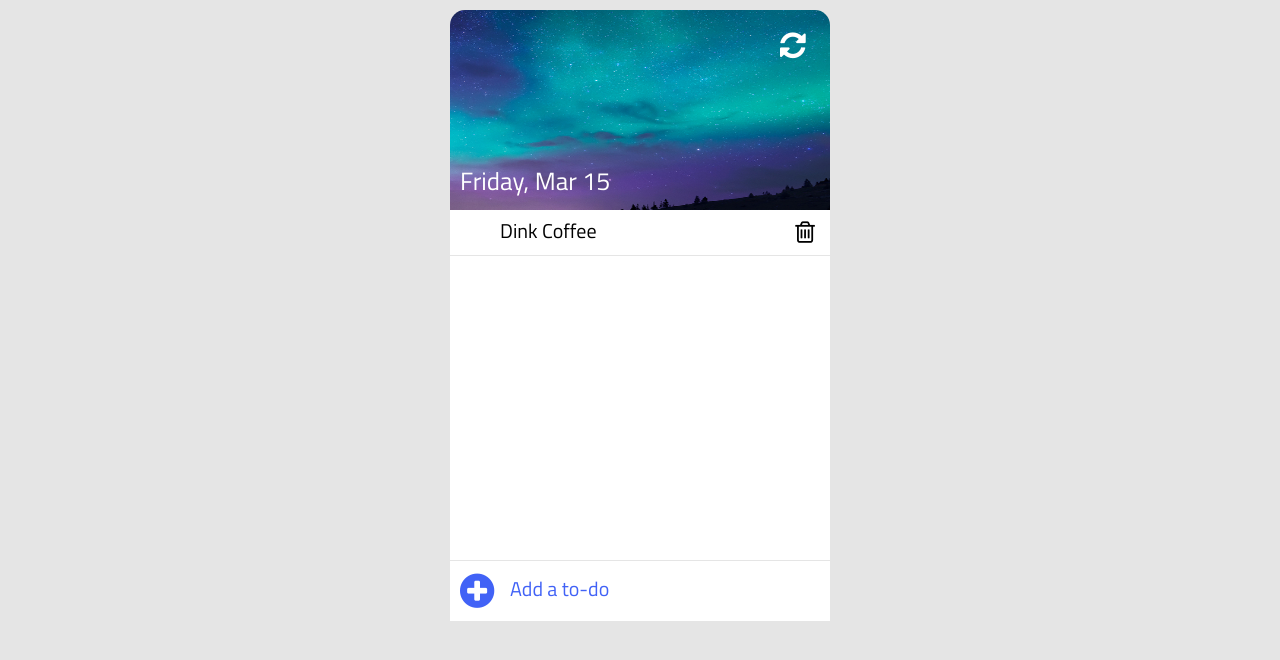
Repository: Khalidwebmail/to-do-list
Page: index.html
These files come from the project's save history. The page is drawn as it stood at one moment and after the next save; the edit follows.
The browser window is 1280 px wide. The pictures show the whole page.

Above is the page before, as saved 2020-01-21 20:37:36.

### index.html
<!-- CODE EXPLAINED CHANNEL -->
<!DOCTYPE html>
<html lang="en">
<head>
    <meta charset="UTF-8">
    <title>JavaScript - To Do List</title>
    <link rel="stylesheet" href="https://fonts.googleapis.com/css?family=Titillium+Web">
    <link rel="stylesheet" href="css/font-awesome.css">
    <link rel="stylesheet" href="css/style.css">
</head>
<body>
    <div class="container">
        <div class="header">
            <div class="clear">
                <i class="fa fa-refresh"></i>
            </div>
            <div id="date"></div>
        </div>
        <div class="content">
            <ul id="list">
               <!--
                <li class="item">
                    <i class="fa fa-circle-thin co" job="complete" id="0"></i>
                    <p class="text">Drink Coffee</p>
                    <i class="fa fa-trash-o de" job="delete" id="0"></i>
                </li> -->
            </ul>
        </div>
        <div class="add-to-do">
            <i class="fa fa-plus-circle"></i>
            <input type="text" id="input" placeholder="Add a to-do">
        </div>
    </div>
    <script src="js/app.js"></script>
</body>
</html>

### css/style.css
/* ------------ youtube.com/CodeExplained ------------ */
body{
    padding: 0;
    margin: 0;
    background-color: rgba(0,0,0,0.1);
    font-family: 'Titillium Web', sans-serif;
}

/* ------------ container ------------ */
.container{
    padding:10px;
    width:380px;
    margin:0 auto;
}

/* ------------ header ------------ */
.header{
    width: 380px;
    height:200px;
    background-image: url('../img/bg2.jpg');
    background-size: 100% 200%;
    background-repeat: no-repeat;
    border-radius: 15px 15px 0 0;
    position: relative;
}
.clear{
    width : 30px;
    height: 30px;
    position: absolute;
    right:20px;
    top: 20px;
}
.clear i{
    font-size: 30px;
    color: #FFF;
}
.clear i:hover{
    cursor: pointer;
    text-shadow: 1px 3px 5px #000;
    transform: rotate(45deg);
}
#date{
    position: absolute;
    bottom: 10px;
    left: 10px;
    color: #FFF;
    font-size: 25px;
    font-family: 'Titillium Web', sans-serif;
}

/* ------------ content ------------ */
.content{
    width:380px;
    height: 350px;
    max-height:350px;
    background-color: #FFF;
    overflow: auto;
}
.content::-webkit-scrollbar {
    display: none;
}
.content ul{
    padding:0;
    margin:0;
}
.item{
    width:380px;
    height: 45px;
    min-height: 45px;
    position: relative;
    border-bottom: 1px solid rgba(0,0,0,0.1);
    list-style: none;
    padding: 0;
    margin: 0;
}
.item i.co{
    position: absolute;
    font-size: 25px;
    padding-left:5px;
    left:15px;
    top:10px;
}
.item i.co:hover{
    cursor: pointer;
}
.fa-check-circle{
    color:#6eb200;
}
.item p.text{
    position: absolute;
    padding:0;
    margin:0;
    font-size: 20px;
    left:50px;
    top:5px;
    background-color: #FFF;
    max-width:285px;
}
.lineThrough{
    text-decoration: line-through;
    color : #ccc;
}
.item i.de{
    position: absolute;
    font-size: 25px;
    right:15px;
    top:10px;
}
.item i.de:hover{
    color:#af0000;
    cursor: pointer;
}
/* ------------ add item ------------ */
.add-to-do{
    position: relative;
    width: 360px;
    height:40px;
    background-color: #FFF;
    padding: 10px;
    border-top: 1px solid rgba(0,0,0,0.1);
}
.add-to-do i{
    position: absolute;
    font-size: 40px;
    color: #4162f6;
}

.add-to-do input{
    position: absolute;
    left: 50px;
    height: 35px;
    width: 310px;
    background-color: transparent;
    border: none;
    font-size: 20px;
    padding-left:10px;
}
.add-to-do input::-webkit-input-placeholder { /* Chrome/Opera/Safari */
    color: #4162f6;
    font-family: 'Titillium Web', sans-serif;
    font-size: 20px;
}
.add-to-do input::-moz-placeholder { /* Firefox 19+ */
    color: #4162f6;
    font-family: 'Titillium Web', sans-serif;
    font-size: 20px;
}
.add-to-do input:-ms-input-placeholder { /* IE 10+ */
    color: #4162f6;
    font-family: 'Titillium Web', sans-serif;
    font-size: 20px;
}
.add-to-do input:-moz-placeholder { /* Firefox 18- */
    color: #4162f6;
    font-family: 'Titillium Web', sans-serif;
    font-size: 20px;
}

### js/app.js
/**
 * Select element
 */

 const clear = document.getElementById("clear");
 const dateElement = document.getElementById("date");
 const list = document.getElementById("list");
 const input = document.getElementById("input");

 /**
  * Class name
  */
 const CHECK = "fa-check-circle";
 const UNCHECK = "fa-check-thin";
 const LINE_THROUGH = "lineThrough";

 /**
  * Show todays date
  */
 const options = {weekday : "long", month : "short", day : "numeric"};
 const today = new Date();

 dateElement.innerHTML = today.toLocaleDateString("en-US", options);

 /**
  * add to do function
  */

 function addToDo(toDo, id, done, trash){

    if(trash){ return; }

    const DONE = done ? CHECK : UNCHECK;
    const LINE = done ? LINE_THROUGH : "";

    const item = `<li class="item">
                    <i class="fa ${DONE} co" job="complete" id="${id}"></i>
                    <p class="text ${LINE}">${toDo}</p>
                    <i class="fa fa-trash-o de" job="delete" id="${id}"></i>
                  </li>
                `;

        const position = "beforeend";

        list.insertAdjacentHTML(position, item);
    }
  addToDo("Dink Coffee")

Loaded but not shown: css/font-awesome.css (library)

After the next save:
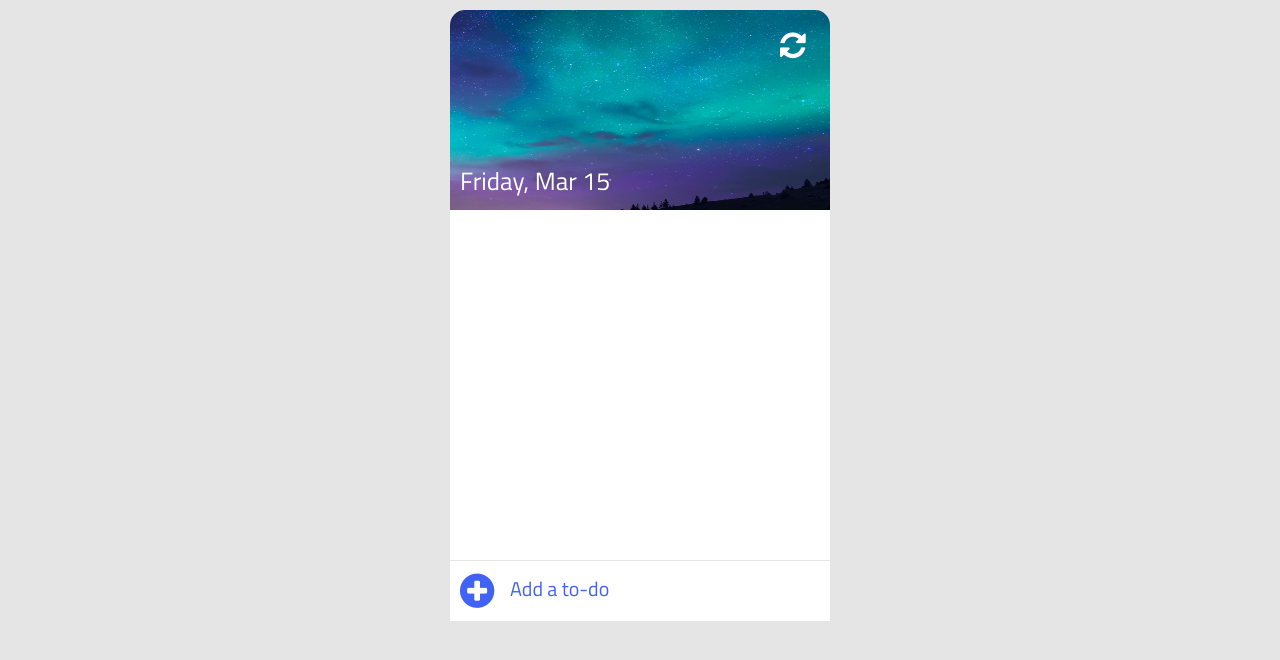
Console error: ReferenceError: DONE is not defined
Saved 12 s later.
--- a/js/app.js
+++ b/js/app.js
@@ -26,12 +26,7 @@
   * add to do function
   */
 
- function addToDo(toDo, id, done, trash){
-
-    if(trash){ return; }
-
-    const DONE = done ? CHECK : UNCHECK;
-    const LINE = done ? LINE_THROUGH : "";
+ function addToDo(toDo){
 
     const item = `<li class="item">
                     <i class="fa ${DONE} co" job="complete" id="${id}"></i>

After the 5 saves that followed:
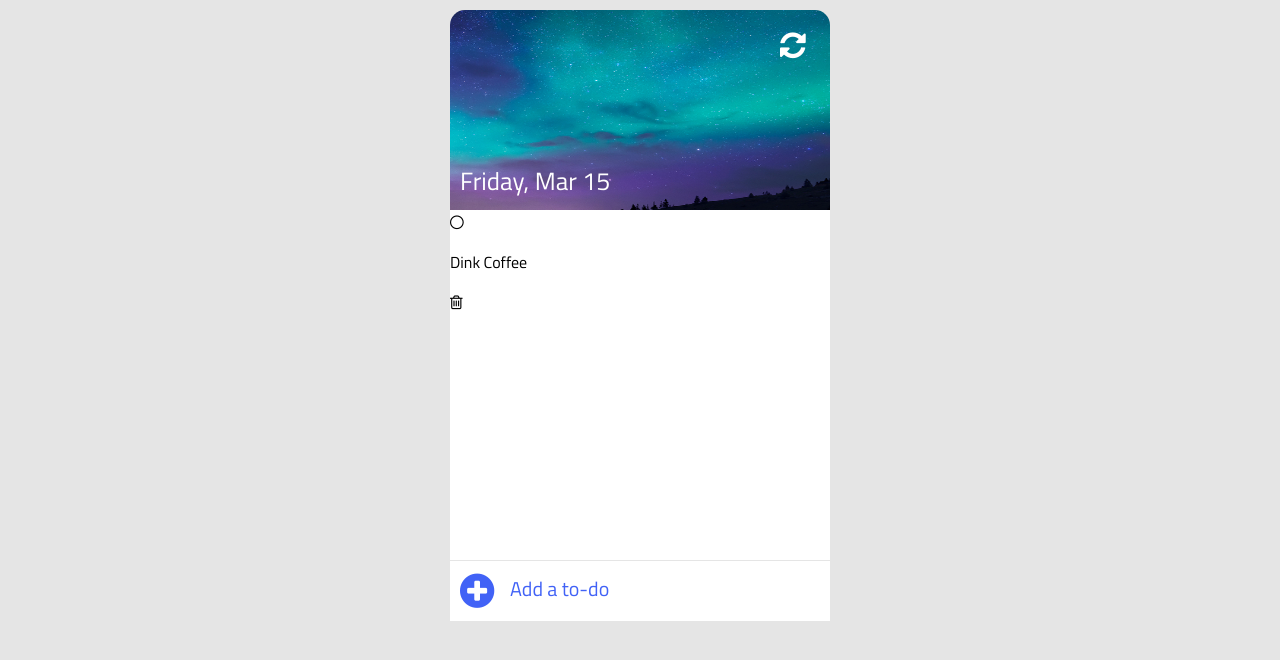
The error is gone.
The 5 saves are shown as one change because 4 left the picture as it was.
The last was saved 61 s later.
--- a/js/app.js
+++ b/js/app.js
@@ -28,12 +28,11 @@
 
  function addToDo(toDo){
 
-    const item = `<li class="item">
-                    <i class="fa ${DONE} co" job="complete" id="${id}"></i>
-                    <p class="text ${LINE}">${toDo}</p>
-                    <i class="fa fa-trash-o de" job="delete" id="${id}"></i>
-                  </li>
-                `;
+    const item = `
+                <i class="fa fa-circle-thin co" job="complete" id="0"></i>
+                <p class="text">${toDo}</p>
+                <i class="fa fa-trash-o de" job="delete" id="0"></i>
+            `;
 
         const position = "beforeend";
 
